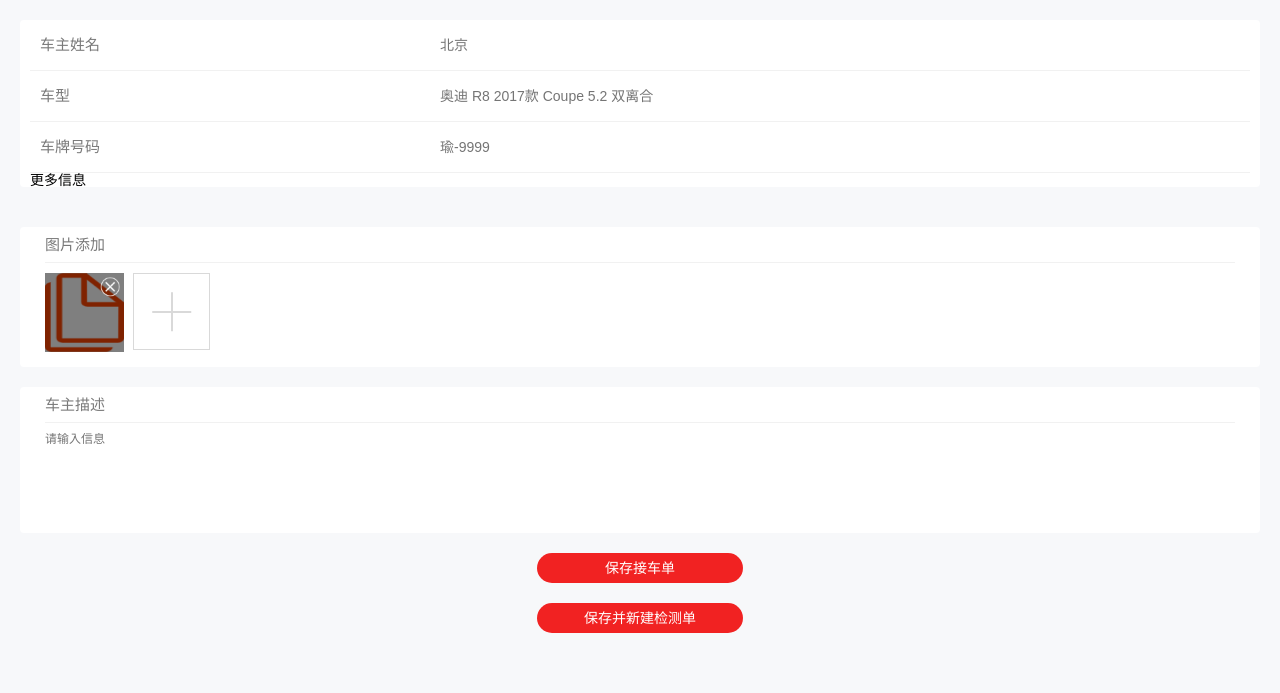
Repository: family-car/car
Page: vehicleEntry.html
These files come from the project's save history. The page is drawn as it stood at one moment and after the next save; the edit follows.
The browser window is 1280 px wide. The pictures show the whole page.

Above is the page before, as saved 2020-05-12 00:23:09.

### vehicleEntry.html
<!-- HTML5文件 -->
<!DOCTYPE html>
<html>
<head>
	<meta charset="utf-8" />
	<meta name="viewport" content="width=device-width,minimum-scale=1.0,maximum-scale=1.0,user-scalable=no"/>
	<meta content="telephone=no,email=no" name="format-detection">
	<meta name="wap-font-scale" content="no">
	<title>车辆进场</title>
	<!-- ui框架引入css -->
	<link href="lib/weui/weui.min.css" rel="stylesheet" type="text/css" />
	<link href="lib/weui/jquery-weui.min.css" rel="stylesheet" type="text/css" />
	<!-- 公用样式css -->
	<link href="src/css/base.css" rel="stylesheet" type="text/css" />
	<!-- 界面引入css -->
  <link href="src/css/app/vehicleEntry.css" rel="stylesheet" type="text/css" />
  <!-- jquery引入 -->
  <script type="text/javascript" src="lib/jquery/jquery-2.1.4.min.js"></script>
  <script type="text/javascript" src="lib/unit.js"></script>
</head>
<body>

<div class="main bot44">
   <div class="userInfo">
    <div class="userInfo_form">
        <div class="form_cell flex">
            <label class="weui-label cell">车主姓名</label>
            <input class="weui-input cell2" readonly="readonly" placeholder="北京">
        </div>
        <div class="form_cell flex">
            <label class="weui-label cell">车型</label>
            <input class="weui-input cell2" readonly="readonly" placeholder="奥迪 R8 2017款 Coupe 5.2 双离合">
        </div>
        <div class="form_cell flex">
            <label class="weui-label cell">车牌号码</label>
            <input class="weui-input cell2" readonly="readonly" placeholder="瑜-9999">
        </div>
        <div class="form_cell flex">
            <label class="weui-label cell">VIN码</label>
            <input class="weui-input cell2" readonly="readonly" placeholder="e51699">
        </div>
        <div class=" more">
            <p>更多信息</p>
        </div>
    </div>
   </div>
   <div class="userInfo carCheck">
    <div class="userInfo_form">
        <div class="form_cell flex form_cell_3">
            <label class="weui-label cell">车辆检查</label>
        </div>
        <div class="form_cell flex form_cell_3">
            <label class="weui-label cell">交车时间</label>
            <input class="weui-input cell2" type="readonly" placeholder="2020-5-11 12:39">
            <label class="weui-label cell weui_right">预计</label>
        </div>
        <div class="form_cell flex form_cell_3">
            <label class="weui-label cell">行驶里程</label>
            <input class="weui-input cell2" type="readonly" placeholder="请输入">
            <label class="weui-label cell weui_right">km</label>
        </div>
        <div class="form_cell flex form_cell_3">
            <label class="weui-label cell">当前油量</label>
            <input class="weui-input cell2" type="readonly" placeholder="请输入">
            <label class="weui-label cell weui_right">></label>
        </div>
        <div class="form_cell flex form_cell_3">
            <label class="weui-label cell">玻璃检查</label>
            <input class="weui-input cell2" type="readonly" placeholder="无异常">
            <label class="weui-label cell weui_right"><input class="weui-switch" type="checkbox"></label>
        </div>
        <div class="form_cell flex form_cell_3">
            <label class="weui-label cell">贵重物品</label>
            <input class="weui-input cell2" type="readonly" placeholder="车内有无贵重物品">
            <label class="weui-label cell weui_right"><input class="weui-switch" type="checkbox" checked="checked"></label>
        </div>
        <div class="form_cell flex form_cell_3">
            <label class="weui-label cell">仪表检查</label>
            <input class="weui-input cell2" type="readonly" placeholder="无异常">
            <label class="weui-label cell weui_right"><input class="weui-switch" type="checkbox" checked="checked"></label>
        </div>
        <div class="form_cell flex form_cell_3">
            <label class="weui-label cell">备注信息</label>
            <input class="weui-input cell2" type="readonly" placeholder="请输入备注信息">
            <label class="weui-label cell weui_right"></label>
        </div>
        <div class="form_cell flex form_cell_3">
            <label class="weui-label cell">服务顾问</label>
            <input class="weui-input cell2" type="readonly" placeholder="默认当前用户（可选）">
            <label class="weui-label cell weui_right"></label>
        </div>
    </div>
   </div>
   <div class="userInfo upload">
        <div class="userInfo_form">
            <div class="weui-cell">
            <div class="weui-cell__bd">
                <div class="weui-uploader">
                    <div class="weui-uploader__hd">
                        <p class="weui-uploader__title title">图片添加</p>
                    </div>
                    <div class="weui-uploader__bd">
                        <ul class="weui-uploader__files" id="uploaderFiles">
                            <li class="weui-uploader__file weui-uploader__file_status" style="background-image:url(src/image/handel.png)">
                                <img src="src/image/cancel.png"/>
                            </li>
                        </ul>
                        <div class="weui-uploader__input-box">
                        <input id="uploaderInput" class="weui-uploader__input" type="file" accept="image/*" multiple="">
                    </div>
                </div>
                </div>
            </div>
            </div>
        </div>
    </div>
    <div class="userInfo upload">
        <div class="userInfo_form">
            <div class="weui-cell">
            <div class="weui-cell__bd">
                <div class="weui-uploader">
                    <div class="weui-uploader__hd">
                        <p class="weui-uploader__title title">车主描述</p>
                    </div>
                    <div class="weui-uploader__bd">
                        <textarea placeholder="请输入信息" class="info"></textarea>
                    </div>
                </div>
                </div>
            </div>
            </div>
    </div>
    <div class="vehicleEntry_btn">保存接车单</div>
    <div class="vehicleEntry_btn">保存并新建检测单</div>
</div>

<!-- jquery引入 -->
<script type="text/javascript" src="lib/jquery/swiper.js"></script>
<script type="text/javascript" src="src/js/entry/index.js"></script>
<script type="text/javascript" src="src/js/entry/vehicleEntry.js"></script>
</body>
</html>

### src/css/base.css
*,
*:after,
*:before {
    -webkit-box-sizing: border-box;
    box-sizing: border-box;
}
[v-cloak] {
  display: none;
}
a,
blockquote,
body,
code,
dd,
div,
dl,
dt,
em,
fieldset,
form,
h1,
h2,
h3,
h4,
h5,
h6,
iframe,
img,
input,
label,
li,
object,
ol,
p,
q,
small,
span,
strong,
table,
tbody,
td,
th,
tr,
ul {
    margin: 0;
    padding: 0;
    border: 0;
}
input{
	outline: none;
}
body,
html {
    width: 100%;
}

body {
    margin: 0 auto;
    line-height: 1;
    font-size: 14px;
    font-family: 'STHeiti', 'Microsoft YaHei', Helvetica, Arial, sans-serif;
    -webkit-text-size-adjust: none;
    -webkit-tap-highlight-color: rgba(0, 0, 0, 0);
}

h1,
h2,
h3,
h4,
h5,
h6 {
    font-size: .28rem;
    font-weight: normal;
}

a,
a:active,
a:focus,
a:hover,
a:visited {
    text-decoration: none;
    color: #393939;
}

a,
img {
    -webkit-touch-callout: none;
}

li,
ol,
ul {
    list-style: none;
}

input[type="password"],
input[type="tel"],
input[type="text"],
select,
textarea {
    display: block;
    width: 100%;
    line-height: 1.2;
    font-size:14px;
    resize: none;
    outline: 0;
    vertical-align: middle;
    background-color: #fff;
    background-image: none;
    border: 0;
    white-space: pre-wrap;
    word-wrap: break-word;
    -webkit-appearance: none;
}

p {
    background-color: transparent;
    word-break: break-all;
}

em,
i {
    font-style: normal;
}
@font-face {
    font-family: 'iconfont';
    src: url("../font/icomoon.eot");
    src: url("../font/icomoon.eot?#iefix") format("embedded-opentype"), url("../font/icomoon.ttf") format("truetype"), url("../font/icomoon.svg#iconfont") format("svg");
}

html {
    background: #fff;
}

body {
    background: #fff;
    color: #000;
}

.fl {
    float: left;
}

.fr {
    float: right;
}

.cf:after {
    display: block;
    clear: both;
    content: "";
    visibility: hidden;
    height: 0;
}

.tr {
    text-align: right;
}

.tc {
    text-align: center;
}

.td-underline {
    text-decoration: underline;
}

.tm {
    vertical-align: middle;
}
.boxSizing{
    box-sizing:border-box;
    -moz-box-sizing:border-box; /* Firefox */
    -webkit-box-sizing:border-box;
}

.flex {
    display: -webkit-box !important;
    display: -webkit-flex !important;
    display: -ms-flexbox !important;
    display: flex !important;
    -webkit-flex-wrap: wrap;
    -ms-flex-wrap: wrap;
    flex-wrap: wrap;
}

.flex .cell {
    -webkit-box-flex: 1;
    -webkit-flex: 1;
    -ms-flex: 1;
    flex: 1;
    width: 0;
    -webkit-flex-basis: 0;
    -ms-flex-preferred-size: 0;
    flex-basis: 0;
    max-width: 100%;
    display: block;
    padding: 0 !important;
    position: relative;
}
.flex .cell2{
    -webkit-box-flex: 2;
    -webkit-flex: 2;
    -ms-flex: 2;
    flex: 2;
}


.flex .cell.hide {
    display: none;
}

.flex .flex-130 {
    -webkit-box-flex: 150!important;
    -webkit-flex: 130!important;
    -ms-flex: 130!important;
    flex: 130!important;
}

.flex .flex-200 {
    -webkit-box-flex: 200!important;
    -webkit-flex: 200!important;
    -ms-flex: 200!important;
    flex: 200!important;
}

.flex-center {
    -webkit-box-pack: center;
    -webkit-justify-content: center;
    justify-content: center;
    -webkit-box-align: center;
    -webkit-align-items: center;
    align-content: center;
}
.flex-between {
    -webkit-box-pack: center;
    -webkit-justify-content: space-between;
    justify-content: space-between;
    -webkit-box-align: center;
    -webkit-align-items: center;
    align-content: center;
}

.img-responsive {
    display: inline-block;
    width: 100%;
}

.bg-white {
    background: #fff;
}

.bg-orange {
    background: #fa462d;
}

.bg-blue {
    background: #246EBE;
}
.bg-green{color:#0BA66D;}
.bg-light-green{color:#56dfb3;}
.bg-gray {
    background: #f3f4f6;
}

.bg-light-yellow {
    background: #fbf8ec;
}

.bg-disabled {
    background: #9d9d9d;
}

.color-blue {
    color: #246EBE;
}

.color-muted {
    color: #9d9d9d;
}

.color-orange {
    color: #fa462d;
}

.color-white {
    color: #fff;
}

.color-gray {
    color: #848689;
}
.color-green{color:#0BA66D;}
.color-light-green{color:#56dfb3;}
.color-red{color:#f23030;}
.color-block{color:#393939;}

.relative {
    position: relative;
}

.overflow {
    overflow: hidden;
}

.ellipsis {
    white-space: nowrap;
    overflow: hidden;
    text-overflow: ellipsis;
}

.clamp {
    display: -webkit-box;
    overflow: hidden;
    text-overflow: ellipsis;
    -webkit-line-clamp: 2;
    -webkit-box-orient: vertical;
}

.animate {
    -webkit-animation-play-state: paused;
}

.hide {
    display: none;
}

.footbar-default .coagent span:before,
.iconfont,
.panel-selector .list li .fr:after,
.select:before {
    font-family: "iconfont" !important;
    font-size: .28rem;
    font-style: normal;
    -webkit-font-smoothing: antialiased;
    -webkit-text-stroke-width: 2px;
    -moz-osx-font-smoothing: grayscale;
}
.btn {
    display: inline-block;
    padding: .18rem .2rem;
    vertical-align: middle;
    font-size: .26rem;
    font-weight: normal;
    line-height: 1;
    text-align: center;
    white-space: nowrap;
    background-image: none;
    border: 1px solid transparent;
    border-radius: .06rem;
    cursor: pointer;
    outline: 0;
    -webkit-appearance: none;
    -webkit-user-select: none;
    -moz-user-select: none;
    -ms-user-select: none;
    user-select: none;
}

.btn-default {
    color: #393939;
    background-color: #fff;
    border-color: #ccc;
}

.btn-primary {
    color: #fff;
    background-color: #0ba66d;
    border-color: #0ba66d;
}

.btn-primary-outline {
    color: #0ba66d;
    background-color: #fff;
    border-color: #0ba66d;
}

.btn-default-outline {
    color: #393939;
    background-color: #fff;
    border-color: #d7d7d7;
}

.btn-disabled {
    color: #fff;
    background-color: #9d9d9d;
    border-color: #9d9d9d;
}

.btn-block {
    display: block;
    width: 100%;
    padding-left: 0;
    padding-right: 0;
}

.btn-primary:active {
    color: #fff;
    background-color: #0ba66d;
    border-color: #0ba66d;
}

.btn-disabled:active {
    color: #fff;
    background-color: #9d9d9d;
    border-color: #9d9d9d;
}

.btn-default:active {
    color: #393939;
    background-color: #d7d7d7;
    border-color: #d7d7d7;
}

.btn-search {
    padding: .06rem .1rem;
    margin-left: .05rem;
    line-height: .4rem;
}

.pd8 {
    padding-right: .8rem;
    padding-left: .8rem;
}

.badge-outline {
    background: #fff;
    border: 1px solid #0ba66d;
    color: #0ba66d;
}

.no_info {
    color: #9d9d9d;
    line-height: 2.2rem;
    text-align: center;
}

.footbar {
    position: fixed;
    left: 0;
    right: 0;
    bottom: 0;
    z-index: 999999;
}
.footbar-default {
    height: 1.01rem;
    background-color: #fff;
    border-top: 1px solid #d7d7d7;
}
/*字体*/
.icon-detail:before {
    content: '\e93b';
}
.icon-floder:before {
    content: '\e91b';
}
.icon-home:before {
    content: '\e901';
}
.icon-order:before {
    content: '\e908';
}
.icon-mine:before {
    content: '\e905';
}
.icon-upload::before{
    content: '\e91c';
}
.icon-add::before{
    content: '\e91e';
}
.icon-detele::before{
    content: '\e920';
}
.icon-warn::before{
    content: '\e91a';
}
.icon-arrow::before{
    content:'\e916'
}
.icon-course::before{
    content:'\e908'
}

 #loading{
     position:fixed;
     top:0;left:0;
     width:100%;height:100%;
     background: rgba(0,0,0,.7);
     z-index:999;
}
 #loading .loader-01{
     position:absolute;top:50%;left:50%;
     width:60px;height:60px;
     margin-top:-30px;
     margin-left:-30px;
     color: #fff;
}
/*button*/
.vehicleEntry_btn{
    color: #F12222;
    width: 206px;
    height: 30px;
    background: #F12222;
    border-radius: 15px;
    color: #fff;
    text-align: center;
    line-height: 30px;
    margin: 0 auto;
    margin-bottom: 20px;
}

### src/css/app/vehicleEntry.css
body,html{
    background: #f7f8fa;
}
.userInfo{
    padding: 20px;
}

.userInfo .userInfo_form{
    background: #fff;
    border-radius: 4px;
    margin-top: 0;
    padding: 0 10px;
}
.userInfo .weui-label{
    color:#797979;
    font-size: 15px;
}
.userInfo_form .form_cell{
    padding: 10px;
    border-bottom: 1px solid #F1F1F1;
}
.userInfo_form .form_cell:last-child{
    border-bottom: none;
}
.form_cell label{
    line-height: 30px;
}
.form_cell label,.form_cell input{
     height: 30px;
}
.form_cell .cell{
    width: 90px;
    float: left;
}
.form_cell .center{
   margin-left: 90px;
}
.form_cell .weui_right{
    text-align: right;
    float: right;
}
.form_cell_3 .center input{
    width: 100px;
}



.userInfo .weui-cell__bd input{
    font-size: 15px;
    color: #2A2A2A;
}
.userInfo .form_cell p{
    text-align: center;
    font-size: 14px;
    color: #999999;
    padding-bottom: 10px;
}
.carCheck{
  padding-top: 0;
}
.carCheck .form_cell p{
   margin-left: 0;
   color: #333;
}
.weui-cell .weui-cell-right{
    color: #2A2A2A;
    font-size: 15px;
}
.upload{
    padding-top: 0;
}
.weui-switch:checked{
    background-color: #FF0000;
    border-color: #FF0000;
}
.weui-uploader__file_status{
    background-size: 100% 100%;
    position: relative;
}
.weui-uploader__file_status img{
    position: absolute;
    right: 4px;
    top: 4px;
    height: 20px;
    width: 20px;
}
.weui-uploader__file_status::before{
    background-color: rgba(0, 0, 0, 0.5);
}
.weui-uploader__hd .title{
    color:#797979;
    font-size:15px;
    padding-bottom: 10px;
    border-bottom: 1px solid #F1F1F1;
}
.weui-uploader__bd .info{
    height: 94px;
    color: #999999;
    font-size: 12px;
}
.vehicleEntry_btn{
    color: #F12222;
    width: 206px;
    height: 30px;
    background: #F12222;
    border-radius: 15px;
    color: #fff;
    text-align: center;
    line-height: 30px;
    margin: 0 auto;
    margin-bottom: 20px;
}

.userInfo_form .form_cell.hide{
    display: none !important;
}

### src/js/entry/index.js
/**  默认加载  **/
$(function () {
    var  process={
        iconList:[{name:"接车进店",image:"src/image/join3x.png"},
            {name:"维保开单",image:"src/image/repair.png"},
            {name:"快速洗车",image:"src/image/wash.png"},
            {name:"车辆检测",image:"src/image/check.png"},
            {name:"待施工",image:"src/image/construct3x.png"},
            {name:"待完工",image:"src/image/complete.png"},
            {name:"完工质检",image:"src/image/quality.png"},
            {name:"待结算",image:"src/image/account.png"},
            {name:"客户查询",image:"src/image/inquiry.png"},
            {name:"预约订单",image:"src/image/bill3x.png"},
            {name:"测试数据",image:"src/image/join3x.png"},
        ],
        init:function(){
            this.swiper();
        },
        pages () {
            const pages = []
            this.iconList.forEach((item, index) => {
              const page = Math.floor(index / 10)
              if (!pages[page]) {
                pages[page] = []
              }
              pages[page].push(item)
            })
            return pages
        },
        swiper:function () {
            /*加载轮播列表*/
            let swpier = []
            let temp = []
            $.each(this.pages(),function(n,item){
                temp.push(`<div class="swiper-slide">`);
                $.each(item,function(n,v){
                    temp.push(`<div class="iconList">`);
                    temp.push(`<img class="icon-img-content" src="${v.image}" alt="" />`);
                    temp.push(`<p class="icon-desc">${v.name}</p>`);
                    temp.push(`</div>`);
                })
                temp.push(`</div>`);
            })
            $(".swiper-wrapper").html(temp.join(''))
            /*  轮播效果加载   */
            $(".swiper-container").swiper({
                loop: true,
                autoplayDisableOnInteraction: false,
                autoplay: 3000,
                pagination: {
                    el: '.swiper-pagination',
                },
            });
        },
        click:function(){

        }
    };

    window.onload = function(){
        process.init();
    }


})

### src/js/entry/vehicleEntry.js
$(function () {
    var  process={
        init:function(){
            this.folder();
        },
        folder:function(){
            $('.userInfo_form .form_cell:gt(2)').addClass("hide");
            $('.userInfo_form .form_cell').each((index,element)=>{
                console.log(index)
            })

        }
    };

    window.onload = function(){
        process.init();
    }


})

Loaded but not shown: lib/weui/weui.min.css (library); lib/weui/jquery-weui.min.css (library); lib/jquery/jquery-2.1.4.min.js (library); lib/unit.js (library); lib/jquery/swiper.js (library)

After the next save:
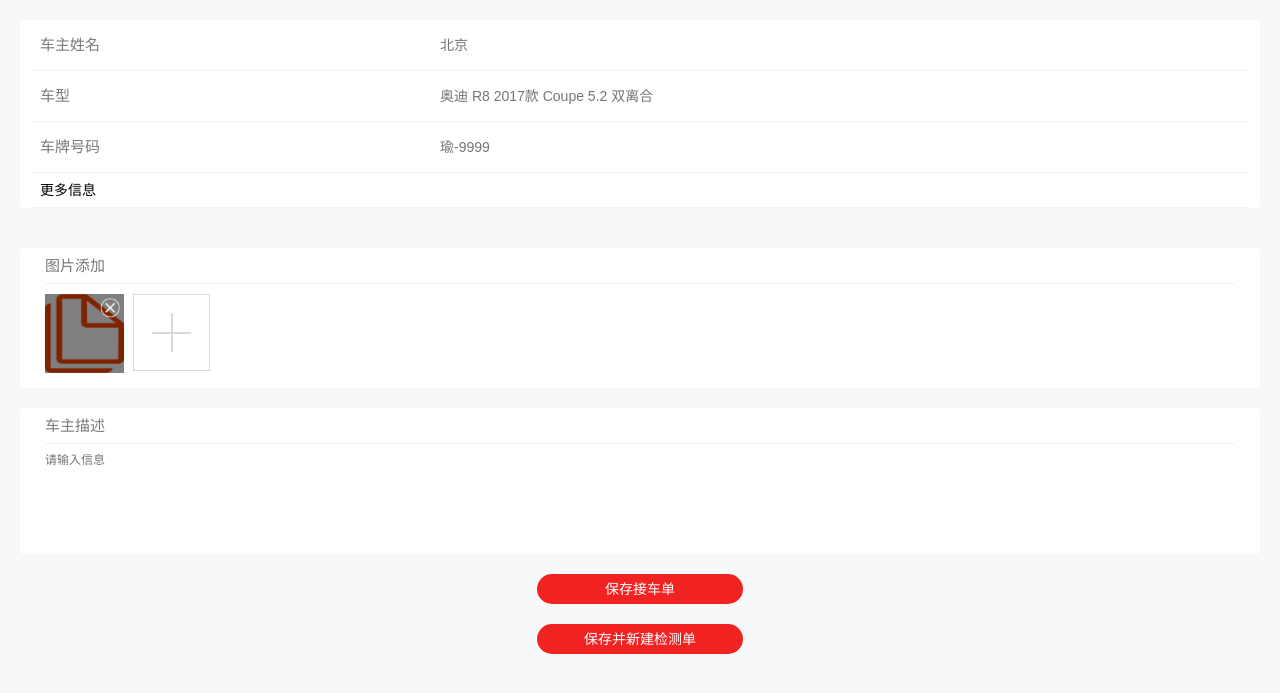
Saved 17 s later.
--- a/src/css/app/vehicleEntry.css
+++ b/src/css/app/vehicleEntry.css
@@ -15,7 +15,7 @@
     color:#797979;
     font-size: 15px;
 }
-.userInfo_form .form_cell{
+.userInfo_form .form_cell,.more{
     padding: 10px;
     border-bottom: 1px solid #F1F1F1;
 }

After the 2 saves that followed:
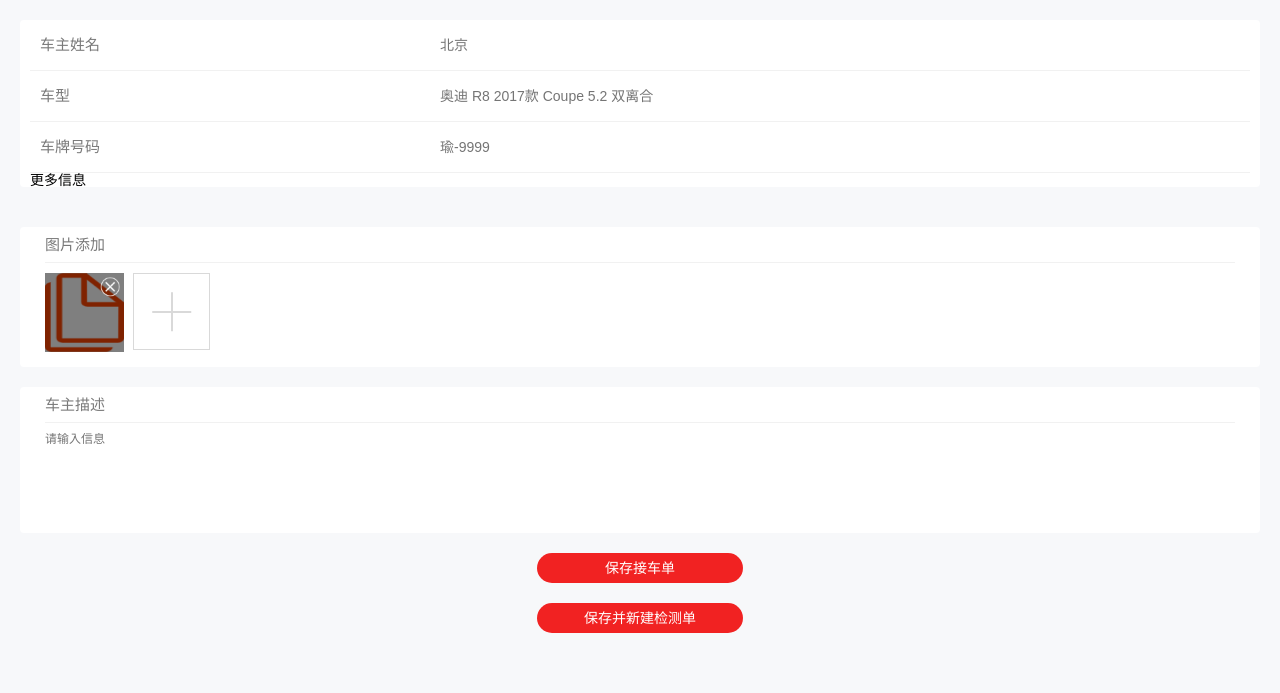
The 2 saves are shown as one change because they came seconds apart.
The last was saved 8 s later.
--- a/src/css/app/vehicleEntry.css
+++ b/src/css/app/vehicleEntry.css
@@ -15,7 +15,7 @@
     color:#797979;
     font-size: 15px;
 }
-.userInfo_form .form_cell,.more{
+.userInfo_form .form_cell{
     padding: 10px;
     border-bottom: 1px solid #F1F1F1;
 }
